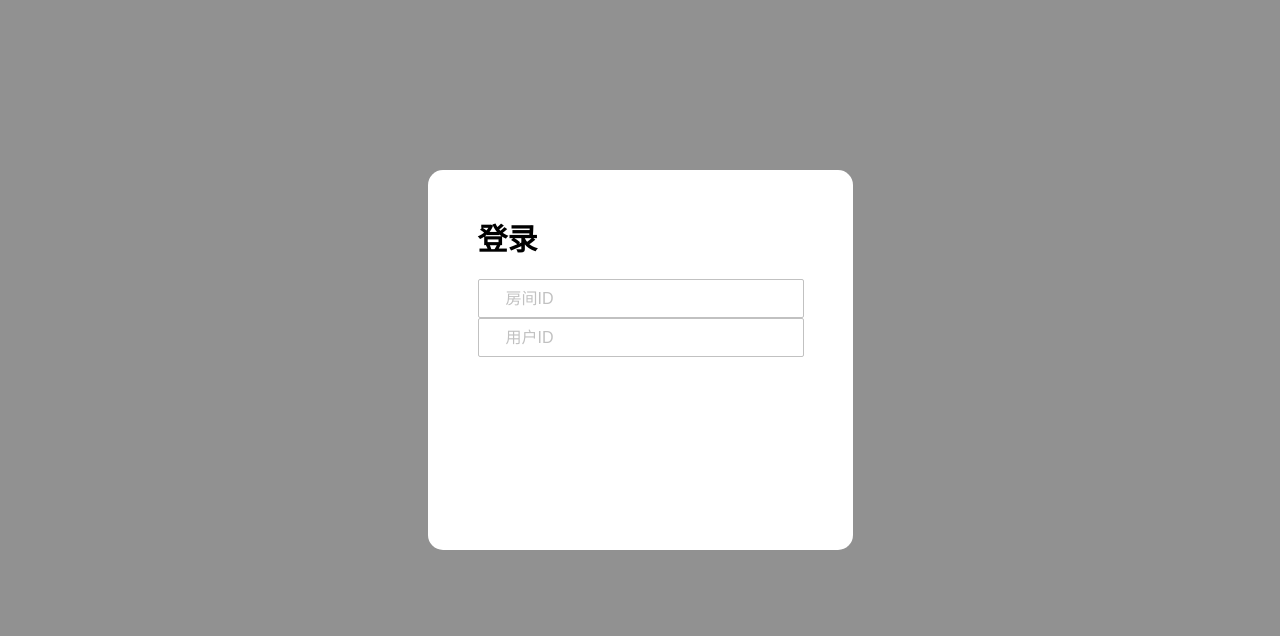
Repository: sjtu-course/homework
Page: GongZening/Week2/Web/LoginPage.html
An editor plug-in stored every save of this project. The page is shown before and after the next save, followed by the edit.
The browser window is 1280 px wide. The pictures show the whole page.

Above is the page before, as saved 2020-11-07 16:56:16.

After the next save:
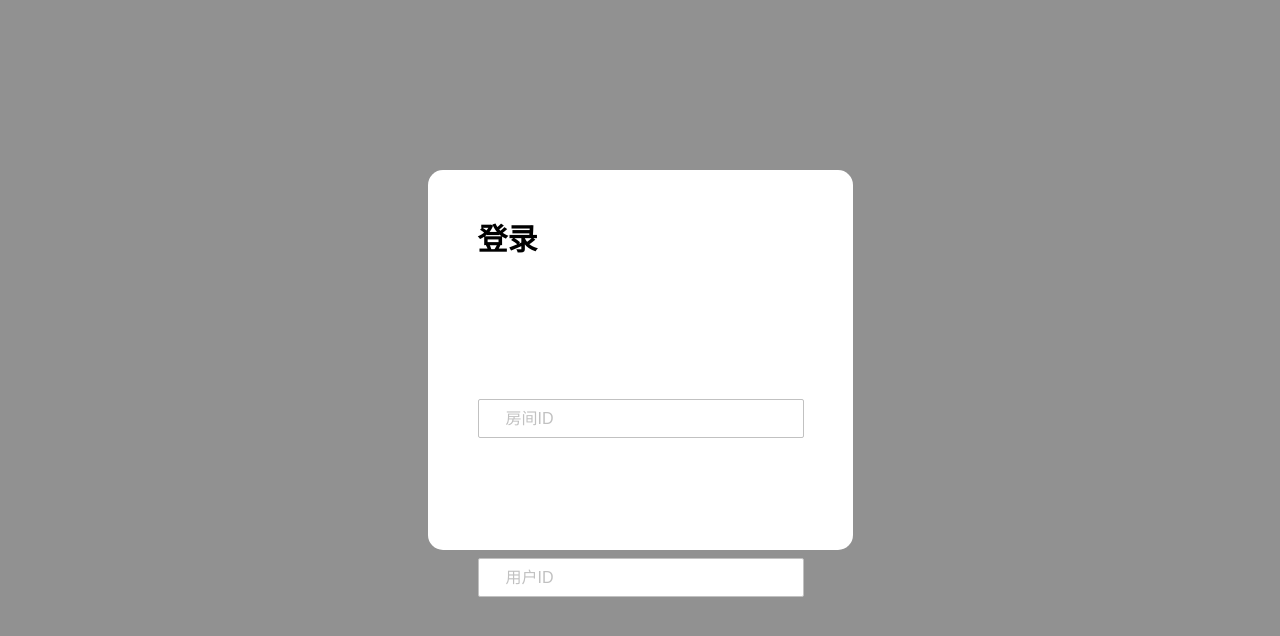
Saved 35 s later.
--- a/GongZening/Week2/Web/css/Edit_Text.css
+++ b/GongZening/Week2/Web/css/Edit_Text.css
@@ -3,6 +3,7 @@
     width: 320px;
     height: 35px;
     margin-left: 50px;
+    margin-top: 120px;
     border-radius: 2px;
     border:1px solid #c1c1c1;
     font-size: 16px;
